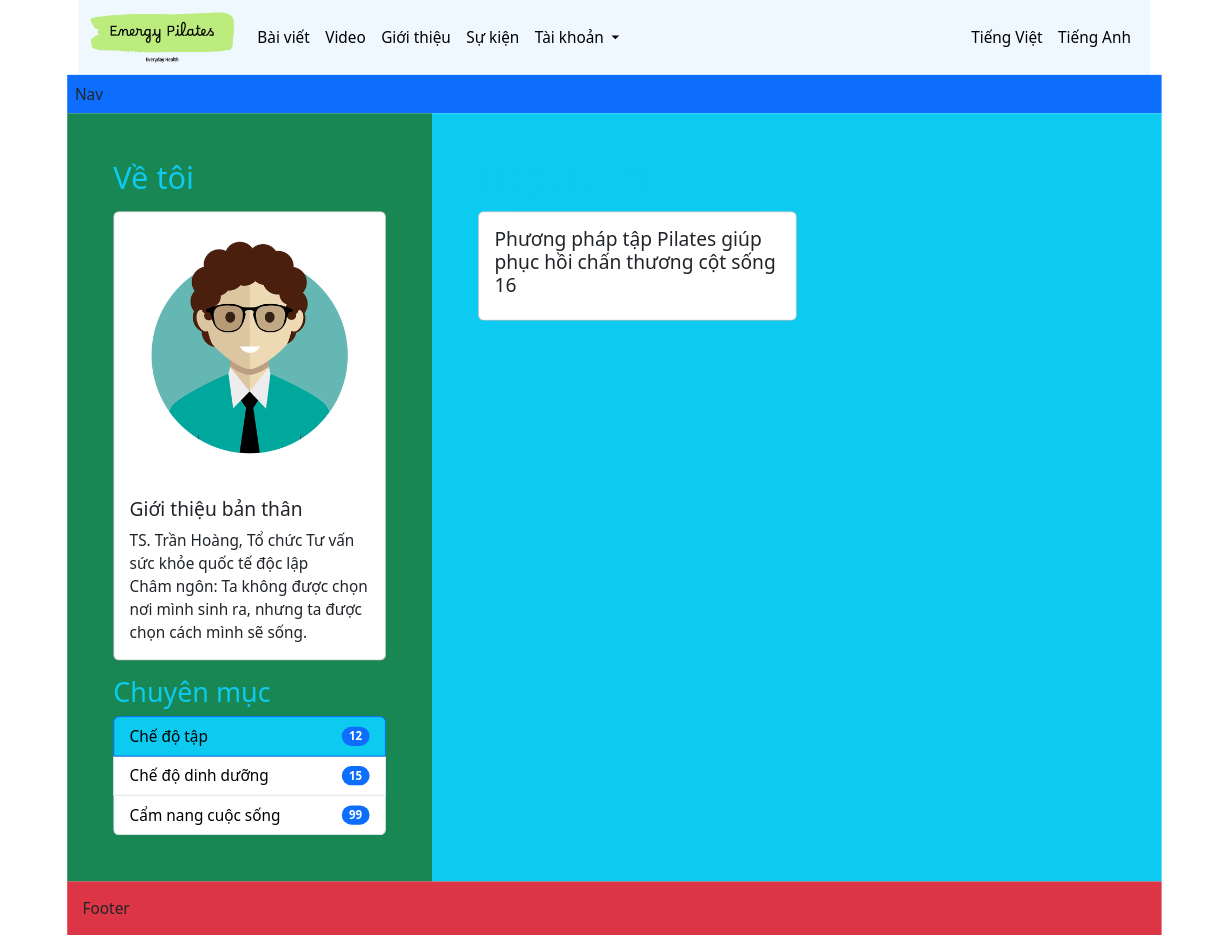
Repository: KizukoHeiwa/SOF308
Page: Lab1/index.html
These files come from the project's save history. The page is drawn as it stood at one moment and after the next save; the edit follows.
The browser window is 1280 px wide. The pictures show the whole page, at 96% of full size.
Some icons come from a web library that is not loaded, so they are not drawn.

Above is the page before, as saved 2024-10-31 10:19:00.

After the next save:
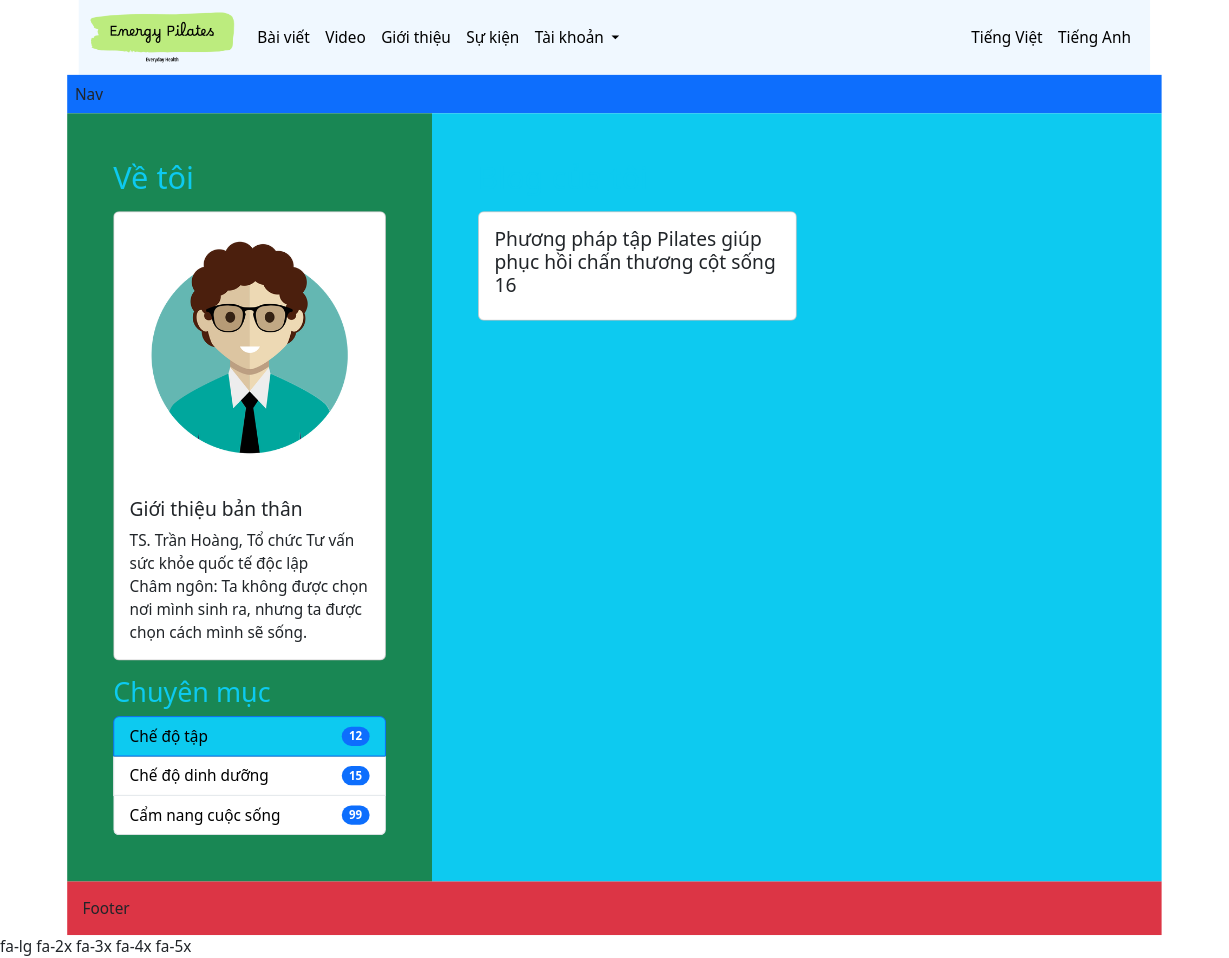
Saved 21 s later.
--- a/Lab1/index.html
+++ b/Lab1/index.html
@@ -114,5 +114,10 @@
         </section>
         <footer class="row bg-danger p-3">Footer</footer>
     </div>
+    <i class="fa fa-camera-retro fa-lg"></i> fa-lg
+<i class="fa fa-camera-retro fa-2x"></i> fa-2x
+<i class="fa fa-camera-retro fa-3x"></i> fa-3x
+<i class="fa fa-camera-retro fa-4x"></i> fa-4x
+<i class="fa fa-camera-retro fa-5x"></i> fa-5x
 </body>
 </html>

After the save that followed:
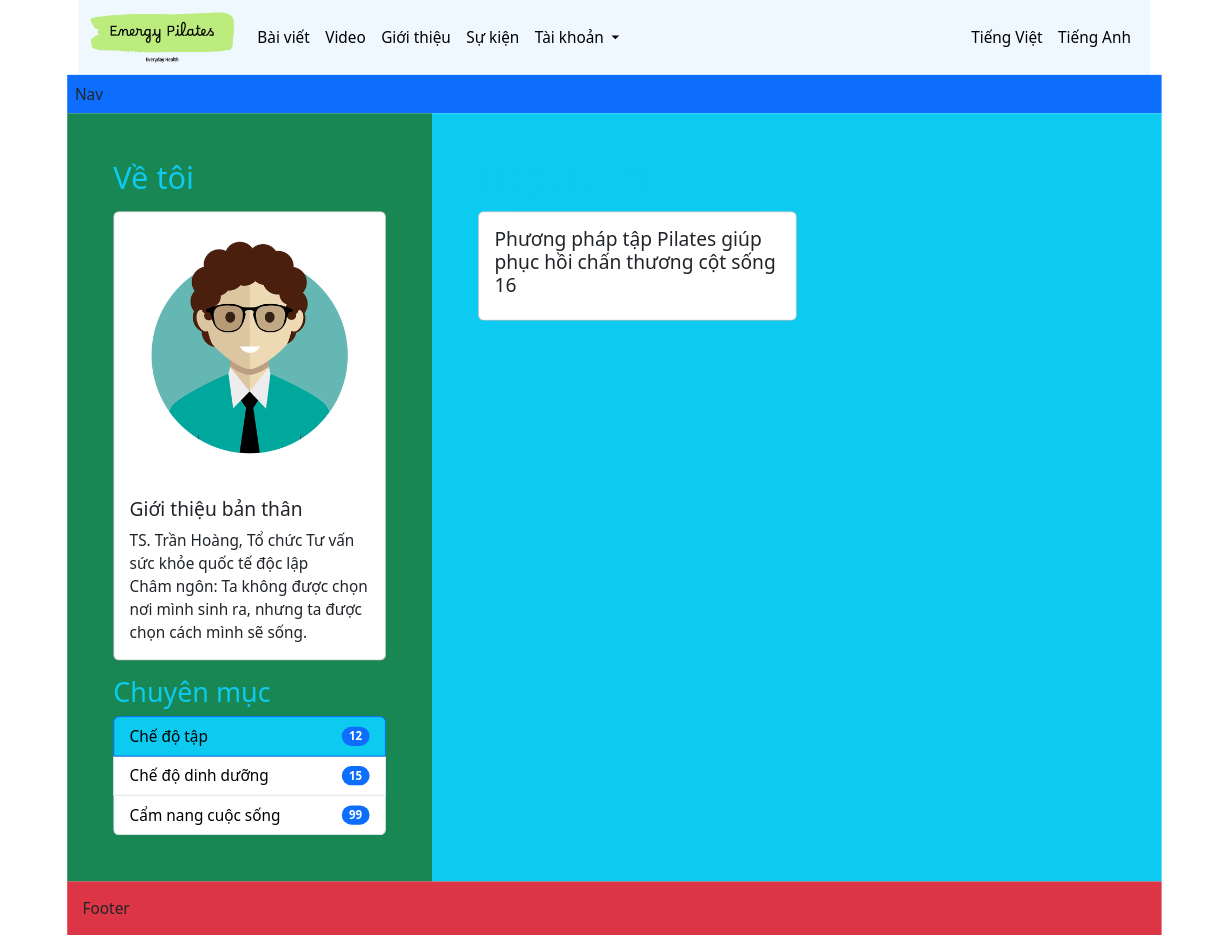
Saved 4 s later.
--- a/Lab1/index.html
+++ b/Lab1/index.html
@@ -114,10 +114,5 @@
         </section>
         <footer class="row bg-danger p-3">Footer</footer>
     </div>
-    <i class="fa fa-camera-retro fa-lg"></i> fa-lg
-<i class="fa fa-camera-retro fa-2x"></i> fa-2x
-<i class="fa fa-camera-retro fa-3x"></i> fa-3x
-<i class="fa fa-camera-retro fa-4x"></i> fa-4x
-<i class="fa fa-camera-retro fa-5x"></i> fa-5x
 </body>
 </html>
